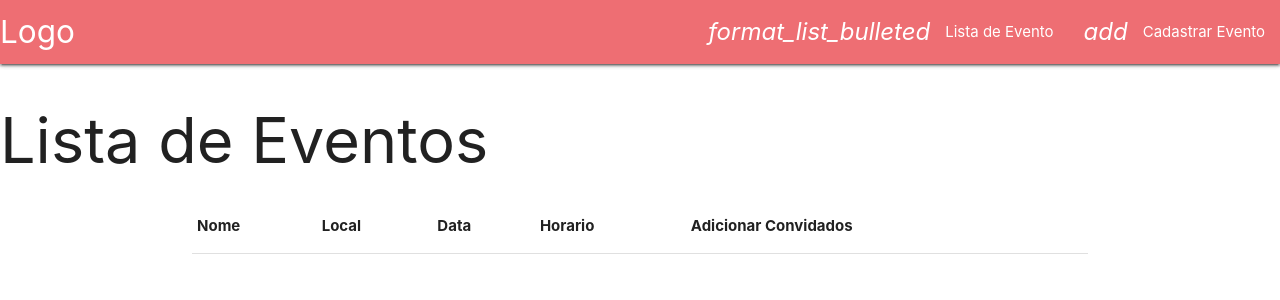
Repository: CaioCoutodePrograma/Eventosapp
Page: http://localhost/index
These files come from the project's save history. The page is drawn as it stood at one moment and after the next save; the edit follows.
The browser window is 1280 px wide. The pictures show the whole page.
The page is this project's Thymeleaf template; nobody is signed in. The template is opened directly, without the code that normally fills it, so the values that code supplies are empty.

Above is the page before, as saved 2020-03-02 23:10:21.

After the next save:
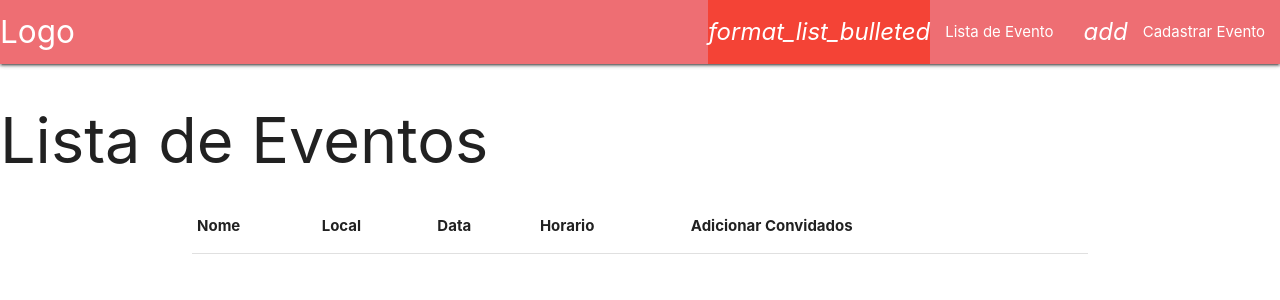
Saved 40 s later.
--- a/eventoapp/eventoapp/src/main/resources/templates/index.html
+++ b/eventoapp/eventoapp/src/main/resources/templates/index.html
@@ -21,7 +21,7 @@
 					<div class="nav-wrapper">
 						<a href="#!" class="brand-logo">Logo</a>
 						<ul class="right hide-on-med-and-down">
-							<li><a href="/eventos"><i class="material-icons left">format_list_bulleted</i>Lista
+							<li><a href="/eventos"><i class="material-icons left red">format_list_bulleted</i>Lista
 									de Evento</a></li>
 							<li><a href="/cadastrarEvento"><i
 									class="material-icons left">add</i>Cadastrar Evento</a></li>

After the save that followed:
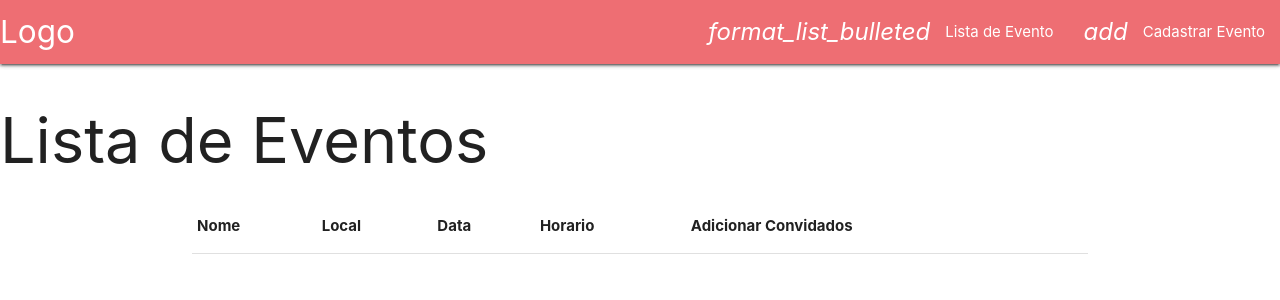
Saved 19 s later.
--- a/eventoapp/eventoapp/src/main/resources/templates/index.html
+++ b/eventoapp/eventoapp/src/main/resources/templates/index.html
@@ -21,7 +21,7 @@
 					<div class="nav-wrapper">
 						<a href="#!" class="brand-logo">Logo</a>
 						<ul class="right hide-on-med-and-down">
-							<li><a href="/eventos"><i class="material-icons left red">format_list_bulleted</i>Lista
+							<li><a href="/eventos"><i class="material-icons left ">format_list_bulleted</i>Lista
 									de Evento</a></li>
 							<li><a href="/cadastrarEvento"><i
 									class="material-icons left">add</i>Cadastrar Evento</a></li>
